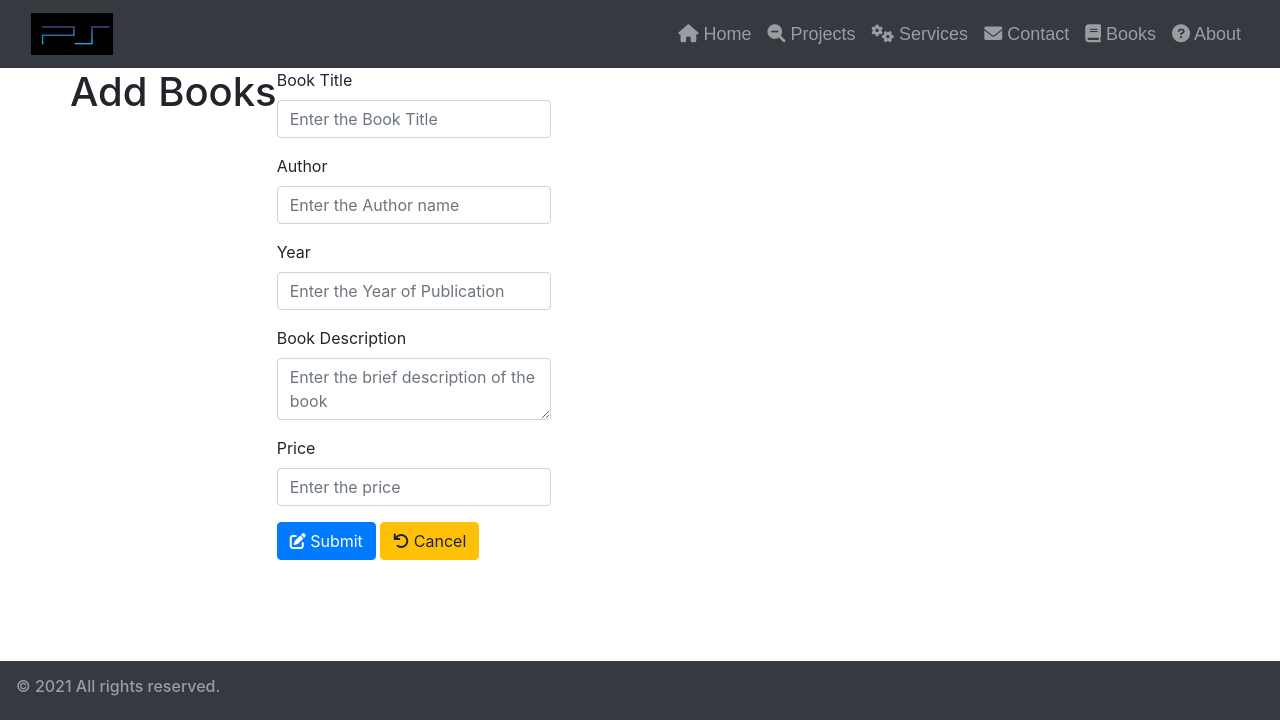
Repository: ParambirParambir/Assignment02
Page: http://localhost/book-list/add
The author's editor kept a copy of each file at every save. The page is drawn from the files as they stood at one save, then again after the next save.
The browser window is 1280 px wide. The pictures show the whole page.
Some web libraries are served in a nearby version. The page is served by the project's Node server (server/config/app.js). Other server files are loaded and not shown.

Above is the page before, as saved 2021-10-21 19:47:14.

### server/views/book/add.ejs
<%- include ../partials/header.ejs %>

<%- include ../partials/main_nav.ejs %>

<!--Main content for Add page-->
<div class="container">
    <div class="row">
        <div class="offset-md-3 col-md-8"></div>
        <h1><%= title %></h1>

        <form class="form" method="post">
            <div class="form-group">
                <label for="nameTextField">Book Title</label>
                <input type="text" class="form-control" id="nameTextField" placeholder="Enter the Book Title" name="name" required>
            </div>

            <div class="form-group">
                <label for="authorTextField">Author</label>
                <input type="text" class="form-control" id="authorTextField" placeholder="Enter the Author name" name="author" required>
            </div>

            <div class="form-group">
                <label for="publishedTextField">Year</label>
                <input type="text" class="form-control" id="publishedTextField" placeholder="Enter the Year of Publication " name="year" required>
            </div>

            <div class="form-group">
                <label for="descriptionTextArea">Book Description</label>
                <textarea type="text" class="form-control" id="descriptionTextArea" placeholder="Enter the brief description of the book" name="description" required></textarea>
            </div>

            <div class="form-group">
                <label for="priceTextField">Price</label>
                <input type="number" class="form-control" id="priceTextField" placeholder="Enter the price" name="price" required>
            </div>

            <button class="btn btn-primary " type="submit">
                <i class="fas fa-edit"></i> Submit</button>

                <a href="/book-list" class="btn btn-warning"><i class="fas fa-undo"></i> Cancel</a>


    </div>
</div>

<%- include ../partials/bottom_nav.ejs %>

<%- include ../partials/footer.ejs %>

### server/views/partials/header.ejs
<!DOCTYPE html>
<html lang="en">
<head>
  <meta charset="UTF-8">
  <meta http-equiv="X-UA-Compatible" content="IE=edge">
  <meta name="viewport" content="width=device-width, initial-scale=1.0">
  <title><%= title %> page</title>

  <!--css-->
  <link rel='stylesheet' href='/Content/app.css' />

<!--These stylesheets were saying 404 in console-->

  <!--<link rel="stylesheet" href="/bootstrap/dist/bootstrap.min.css">
  <link rel="stylesheet" href='/@fortawesome/fontawesome-free/css/all.min.css'-->

  <link rel="stylesheet" href="https://cdn.jsdelivr.net/npm/bootstrap@4.6.0/dist/css/bootstrap.min.css" integrity="sha384-B0vP5xmATw1+K9KRQjQERJvTumQW0nPEzvF6L/Z6nronJ3oUOFUFpCjEUQouq2+l" crossorigin="anonymous">
 <link rel="stylesheet" href="https://cdnjs.cloudflare.com/ajax/libs/font-awesome/6.0.0-beta2/css/all.min.css" integrity="sha512-YWzhKL2whUzgiheMoBFwW8CKV4qpHQAEuvilg9FAn5VJUDwKZZxkJNuGM4XkWuk94WCrrwslk8yWNGmY1EduTA==" crossorigin="anonymous" referrerpolicy="no-referrer" />

</head>
<body>

### server/views/partials/main_nav.ejs
 <!--main nav-->
  <nav class="navbar navbar-expand-lg navbar-dark bg-dark">
    <div class="container-fluid">
      <a class="navbar-brand" href="/home"><img src="/Assets/images/logo.jpg" class="logo"></a>
      <button class="navbar-toggler" type="button" data-bs-toggle="collapse" data-bs-target="#navbarSupportedContent" aria-controls="navbarSupportedContent" aria-expanded="false" aria-label="Toggle navigation">
        <span class="navbar-toggler-icon"></span>
      </button>

      <div class="collapse navbar-collapse" id="navbarSupportedContent">
        <ul class="navbar-nav ml-auto mb-2 mb-lg-0">

          <% if (title=="Home"){%>
          <li class="nav-item active"><%}
          else {%>
              <li class="nav-item"><% }%>

            <a class="nav-link" aria-current="page" href="/home"><i class="fas fa-home"></i> Home </a>
          </li>

          <% if (title=="Projects"){%>
          <li class="nav-item active"><%}
          else {%>
              <li class="nav-item"><% }%>
            <a class="nav-link" href="/projects"><i class="fas fa-search-minus"></i> Projects </a>
          </li>

          <% if (title=="Services"){%>
          <li class="nav-item active"><%}
          else {%>
              <li class="nav-item"><% }%>
            <a class="nav-link" href="/services"><i class="fas fa-cogs"></i> Services </a>
          </li>

          <% if (title=="Contact"){%>
          <li class="nav-item active"><%}
          else {%>
              <li class="nav-item"><% }%>
            <a class="nav-link" href="/contact"><i class="fas fa-envelope"></i> Contact </a>
          </li>

            <% if (title=="Books"){%>
          <li class="nav-item active"><%}
          else {%>
              <li class="nav-item"><% }%>
            <a class="nav-link" href="/book-list"><i class="fa-solid fa-book"></i> Books </a>
          </li>

          <% if (title=="About"){%>
          <li class="nav-item active"><%}
          else {%>
              <li class="nav-item"><% }%>
            <a class="nav-link" href="/about"><i class="fas fa-question-circle"></i> About </a>


        </ul>
      </div>
    </div>
  </nav>

### server/views/partials/bottom_nav.ejs
<!--bottom nav-->
<footer class="container">
    <nav class="navbar fixed-bottom navbar-dark bg-dark">
    <h6 class="navbar-text">&copy; 2021 All rights reserved.</h6>
    </nav>
</footer>

### server/views/partials/footer.ejs
  <!--scripts-->

  <script src="https://ajax.googleapis.com/ajax/libs/jquery/2.1.1/jquery.min.js"></script>
 <!-- <script src="/jquery/dist/jquery.min.js"></script>-->
  <script src="/Scripts/app.js"></script>
</body>
</html>

### server/config/app.js
let createError = require('http-errors');
let express = require('express');
let path = require('path');
let cookieParser = require('cookie-parser');
let logger = require('morgan');

//database setup
let mongoose=require('mongoose');
let DB=require('./db');

//connect mongoose to the DB URI
mongoose.connect(DB.URI, {useNewUrlParser: true}, {useUnifiedTopology:true} );

let mongoDB=mongoose.connection;
mongoDB.on('error', console.error.bind(console,'connection error: '));
mongoDB.once('open',()=>{
  console.log('Connected to MongoDB...');
});

let indexRouter = require('../routes/index');
let usersRouter = require('../routes/users');
let booksRouter = require('../routes/book');
const { Console } = require('console');

let app = express();

// view engine setup
app.set('views', path.join(__dirname, '../views'));
app.set('view engine', 'ejs');

app.use(logger('dev'));
app.use(express.json());
app.use(express.urlencoded({ extended: false }));
app.use(cookieParser());
app.use(express.static(path.join(__dirname, '../../public')));
app.use(express.static(path.join(__dirname, '../../node_modules')));

app.use('/', indexRouter);
app.use('/users', usersRouter);
app.use('/book-list', booksRouter);

// catch 404 and forward to error handler
app.use(function(req, res, next) {
  next(createError(404));
});

// error handler
app.use(function(err, req, res, next) {
  // set locals, only providing error in development
  res.locals.message = err.message;
  res.locals.error = req.app.get('env') === 'development' ? err : {};

  // render the error page
  res.status(err.status || 500);
  res.render('error', {title: 'Error'});
});

module.exports = app;

### server/routes/book.js
let express=require("express");
let router=express.Router();
let mongoose=require('mongoose');

//connect to our book model
let Book =require('../models/book');

/*Get Route for the Book list page- READ operation*/
router.get('/',(req,res,next)=>{
    Book.find((err,BookList)=>{
        if(err)
        {
            return console.error(err);
        }
        else
        {
           // console.log(BookList);

           res.render('book/list.ejs', {title:'Books', BookList:BookList})
        }
    });

});

/*Get Route for the Add page- CREATE operation*/
router.get('/add', (req, res, next)=>{
    res.render('book/add', {title: 'Add Books'})
});

/*Post Route for the Add page- CREATE operation*/
router.post('/add', (req, res, next)=>{
    let newBook=Book(
        {
            "name":req.body.name,
            "author":req.body.author,
            "published":req.body.published,
            "description": req.body.description,
            "price": req.body.price
        }
    );
    Book.create(newBook, (err, Book)=>{
        if(err)
        {
            console.log(err);
            res.end(err);
        }
        else
        {
            //refresh the book list
            res.redirect('/book-list');
        }
    })
});

/*Get Route for the Edit page- UPDATE operation*/
router.get('/edit/:id', (req, res, next)=>{
    let id=req.params.id;

    Book.findById(id, (err, bookToEdit)=>{
        if(err)
        {
            console.log(err);
            res.end(err);
        }
        else
        {
            //refresh the book list
            res.render('book/edit', {title:'Edit Book', book:bookToEdit})
        }
    });
});

/*Post Route for the Edit age- UPDATE operation*/
router.post('/edit/:id', (req, res, next)=>{
    let id=req.params.id

    let updateBook=Book
    (
        {
            "_id":id,
            "name":req.body.name,
            "author":req.body.author,
            "published":req.body.published,
            "description": req.body.description,
            "price": req.body.price
        }
    );
    Book.updateOne({_id:id},updateBook, (err)=>{
        if(err)
        {
            console.log(err);
            res.end(err);
        }
        else
        {
            //refresh the book list
            res.redirect('/book-list');
        }
    });
});

/*Get to perform Deletion- DELETE operation*/
router.get('/delete/:id', (req, res, next)=>{
    let id=req.params.id;

    Book.remove({_id:id}, (err)=>{
        if(err)
        {
            console.log(err);
            res.end(err);
        }
        else
        {
            //refresh the book list
            res.redirect('/book-list');
        }
        });
    });

module.exports=router;

### public/Content/app.css
/*-custom css--*/
p{
    font-family: sans-serif; font-size: larger; font-weight: 700;
}
ul{
    font-family: sans-serif; font-size: large; color: rgb(11, 11, 66);
}

/*designing of email and calling sysmbols*/
.contactUsEmail{
    width: 7%; height: 7%; float: right; padding-right: 3%; padding-top: 2%;
}
.contactUsPhone{
    width: 4.2%; height: 4.2%; float: right; margin-right: 7%;  padding-top: 2%;
}
.descriptionOfProjects{
    font-family: Cambria, Cochin, Georgia, Times, 'Times New Roman', serif; font-size: medium; color: rgb(34, 34, 34);
}
h2, h4{
    color:rgb(238, 46, 46);
}
.logo{
    width: 50%;
}

### public/Scripts/app.js
/*IIFE*/

(function()
{
    function Start()
    {
        console.log("App started...");
    }
    window.addEventListener("load", Start);
})();

After the next save:
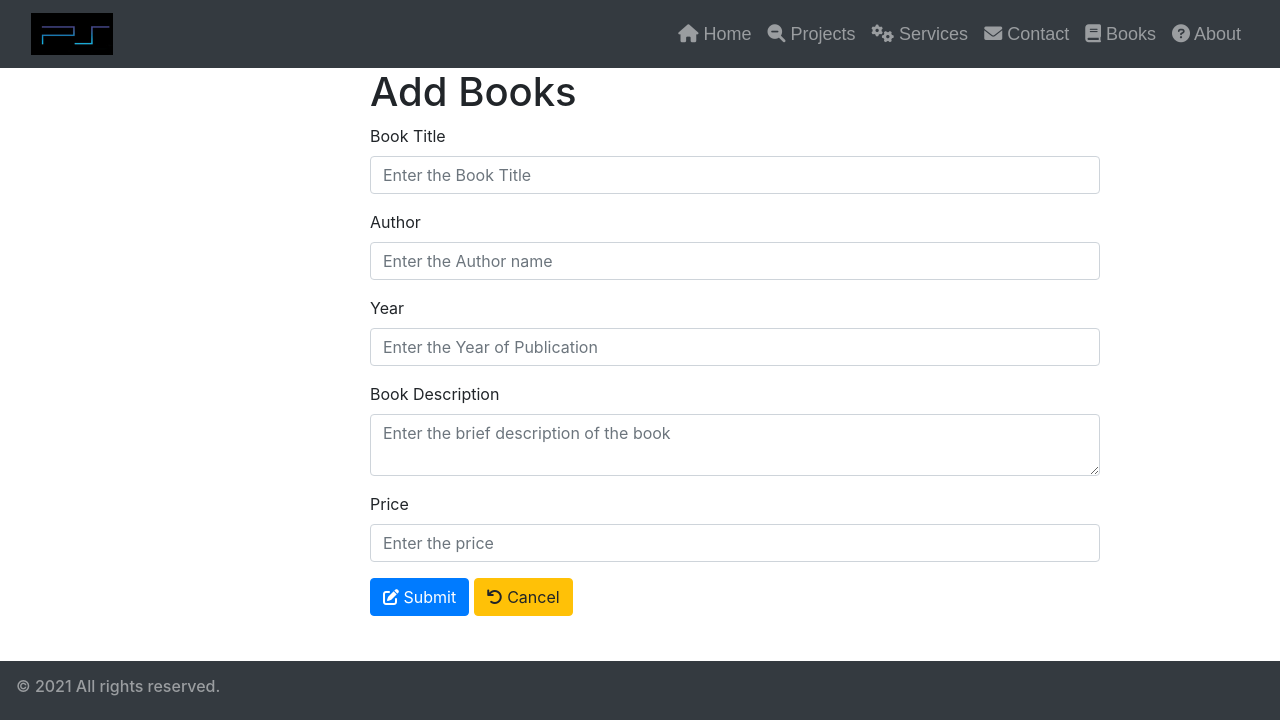
Saved 39 s later.
--- a/server/views/book/add.ejs
+++ b/server/views/book/add.ejs
@@ -5,7 +5,7 @@
 <!--Main content for Add page-->
 <div class="container">
     <div class="row">
-        <div class="offset-md-3 col-md-8"></div>
+        <div class="offset-md-3 col-md-8">
         <h1><%= title %></h1>
 
         <form class="form" method="post">
@@ -38,7 +38,8 @@
                 <i class="fas fa-edit"></i> Submit</button>
 
                 <a href="/book-list" class="btn btn-warning"><i class="fas fa-undo"></i> Cancel</a>
-
+        </form>
+        </div>
 
     </div>
 </div>
